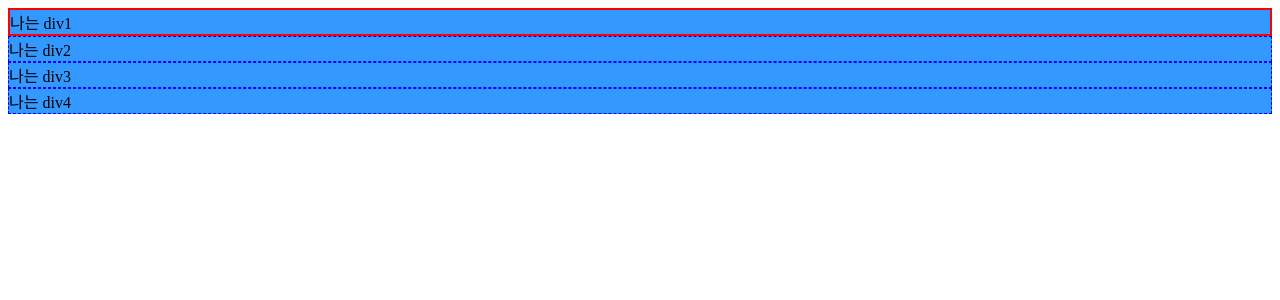
Repository: raccoon304/gugkbi_jsp
Page: HTML5/src/main/webapp/ch01_cssOrder/cssOrder.html
An editor plug-in stored every save of this project. The page is shown before and after the next save, followed by the edit.
The browser window is 1280 px wide. The pictures show the whole page.

Above is the page before, as saved 2025-11-13 07:34:55.

After the next save:
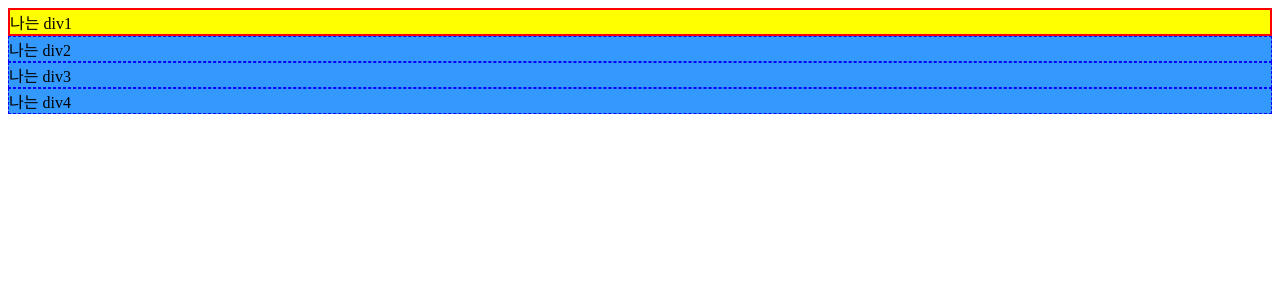
Saved 54 s later.
--- a/HTML5/src/main/webapp/ch01_cssOrder/cssOrder.html
+++ b/HTML5/src/main/webapp/ch01_cssOrder/cssOrder.html
@@ -8,7 +8,7 @@
 	/* css주석문 */
 	/*
 		===== CSS(Cascading Style Sheets)의 우선순위 =====
-		해당 태그에 직접준것(인라인방식) HTML 파일에서 준 style태그(임배디드방식)
+		해당 태그에 직접준것(인라인방식) > HTML 파일에서 준 style태그(임배디드방식)
 	*/
 	div{
 		border: dashed 1px blue; /* 테두리 : 점선 두께 1px 파랑색 */
@@ -20,7 +20,7 @@
 </head>
 <body>
 	<!--  HTML 주석문  -->
-	<div style ="border: solid 2px red; ">나는 div1</div>
+	<div style ="border: solid 2px red; background-color: yellow;">나는 div1</div>
 	<div>나는 div2</div>
 	<div>나는 div3</div>
 	<div>나는 div4</div>
